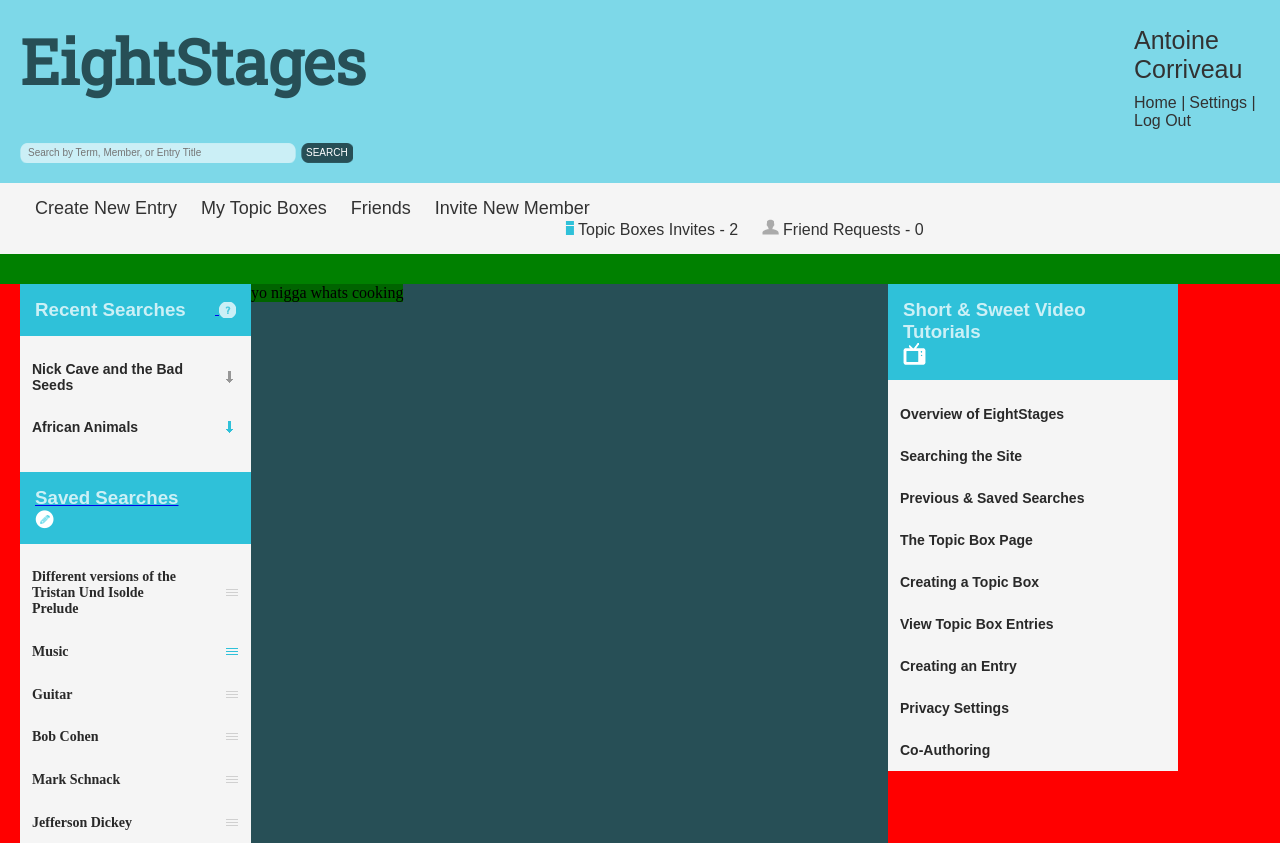
Repository: bhattaraib58/eighstages-lf-design
Page: Assignment 3/Eight Stages Website Mockup Done/index.html
An editor plug-in stored every save of this project. The page is shown before and after the next save, followed by the edit.
The browser window is 1280 px wide. The pictures show the whole page.
Some web fonts or font styles are not loaded; a fallback is used.

Above is the page before, as saved 2019-06-10 01:49:18.

After the next save:
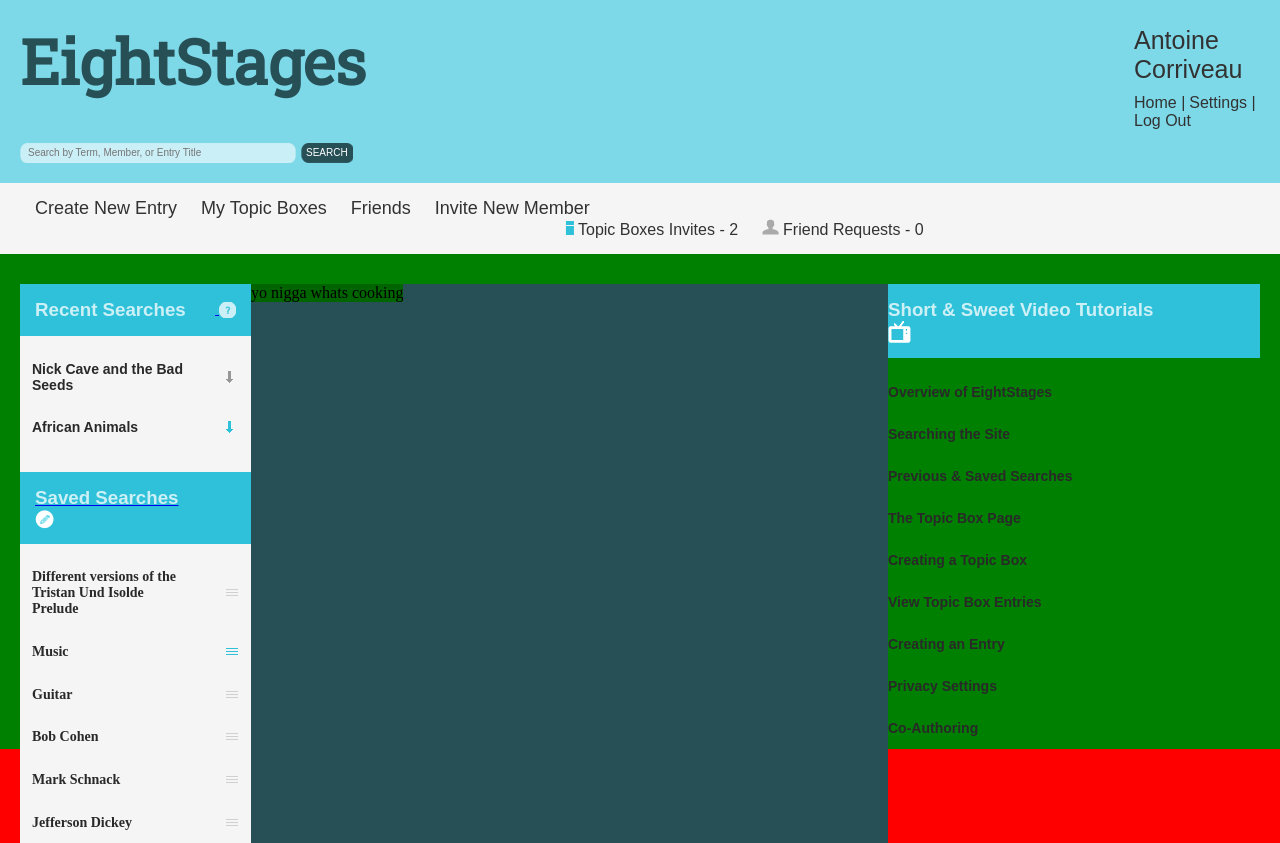
Saved 56 s later.
--- a/Assignment 3/Eight Stages Website Mockup Done/css/style.css
+++ b/Assignment 3/Eight Stages Website Mockup Done/css/style.css
@@ -216,7 +216,6 @@
     vertical-align: middle;
 }
 
-
 .content:hover {
     background-color: #ffffff;
     padding: 12px;
@@ -224,10 +223,3 @@
 .content a:hover {
     color: #309eb0;
 }
-
-
-.short-links-container {
-    width: 290px;
-    background-color: #f5f5f5;
-    float: left;
-}

After the save that followed:
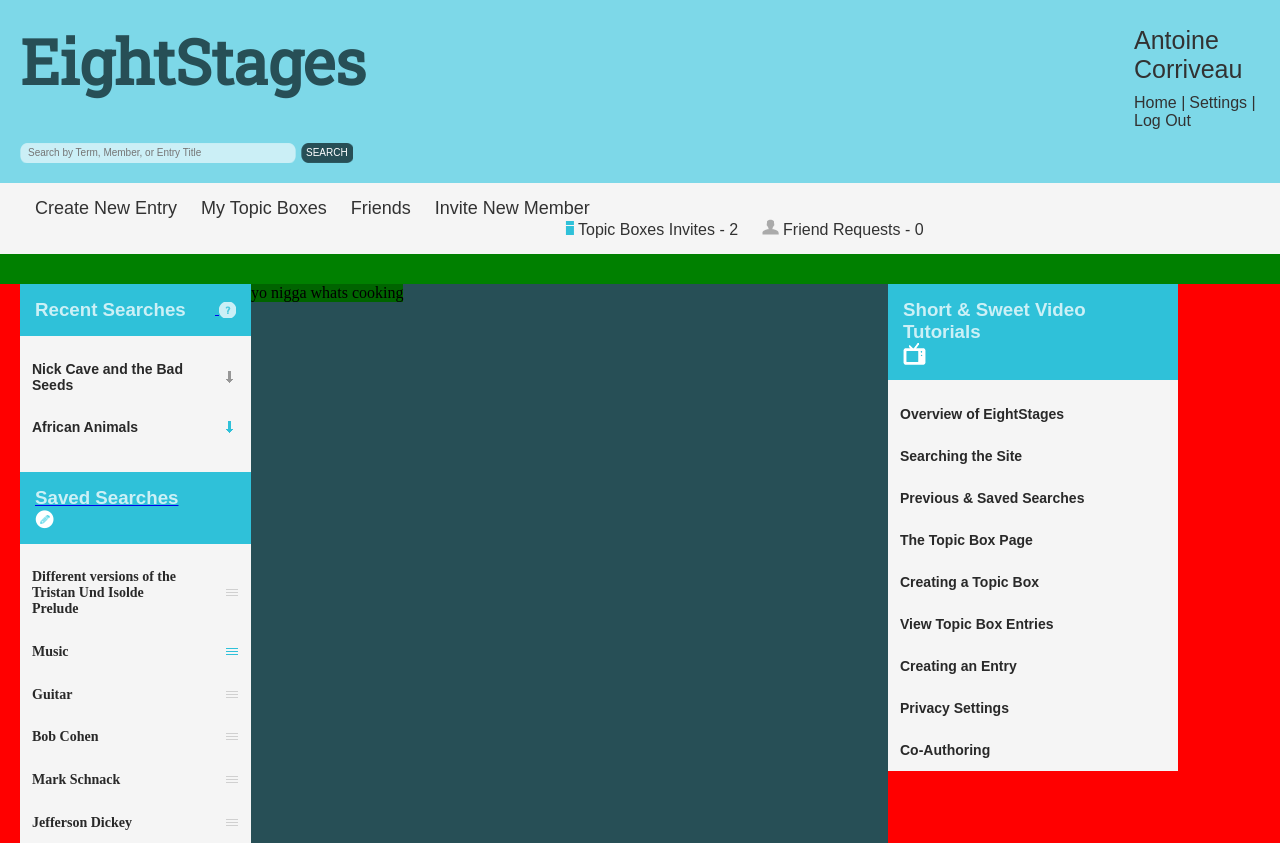
Saved 32 s later.
--- a/Assignment 3/Eight Stages Website Mockup Done/css/style.css
+++ b/Assignment 3/Eight Stages Website Mockup Done/css/style.css
@@ -164,6 +164,12 @@
     margin-bottom: 25px;
 }
 
+.short-links-container {
+    width: 290px;
+    background-color: #f5f5f5;
+    float: left;
+}
+
 .content-common {
     width: 155px;
     word-wrap: break-word;
